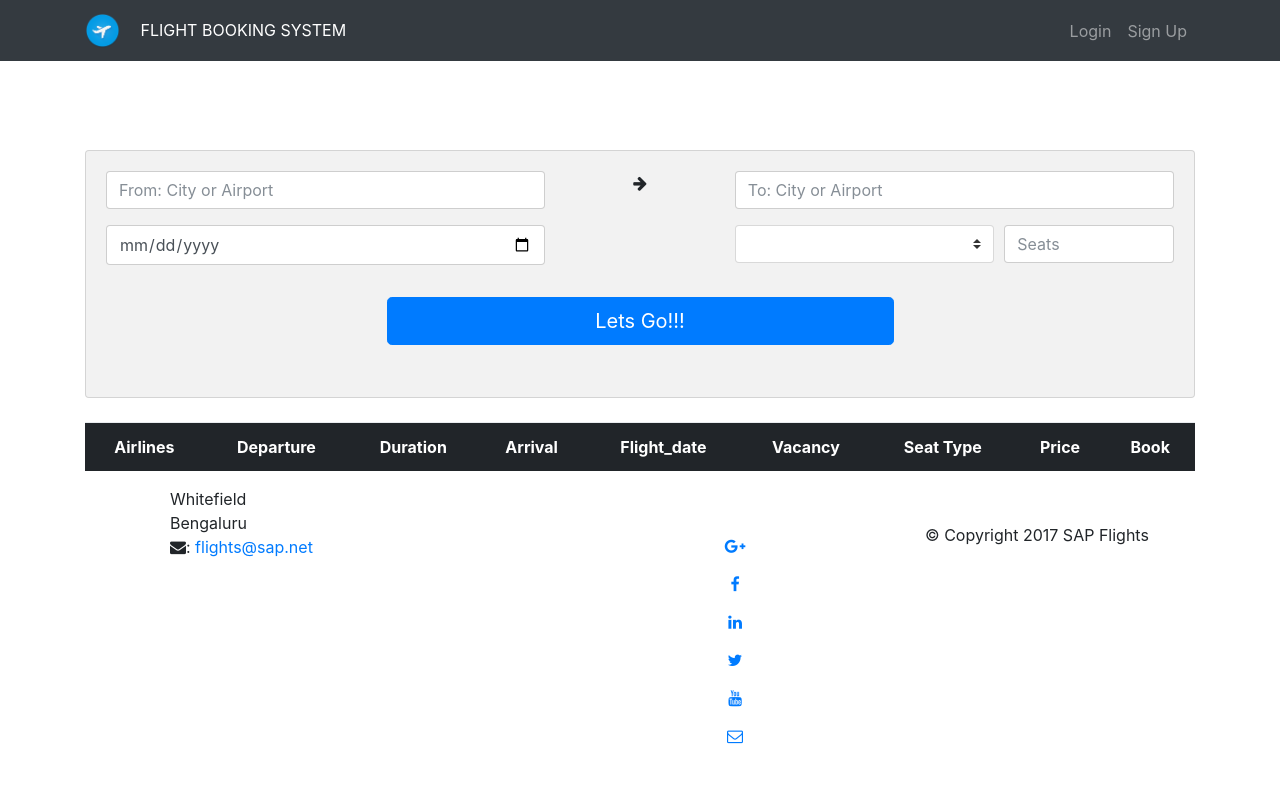
Repository: yashtatia/Spring-Practice
Page: http://localhost/FitnessTracker/WEB-INF/jsp/flightpage.jsp
These files come from the project's save history. The page is drawn as it stood at one moment and after the next save; the edit follows.
The browser window is 1280 px wide. The pictures show the whole page.
Some web libraries are served in a nearby version. The page is served by Tomcat 9. Nobody is signed in. The template is opened directly, without the code that normally fills it, so the values that code supplies are empty.

Above is the page before, as saved 2017-09-05 20:15:25.

After the next save:
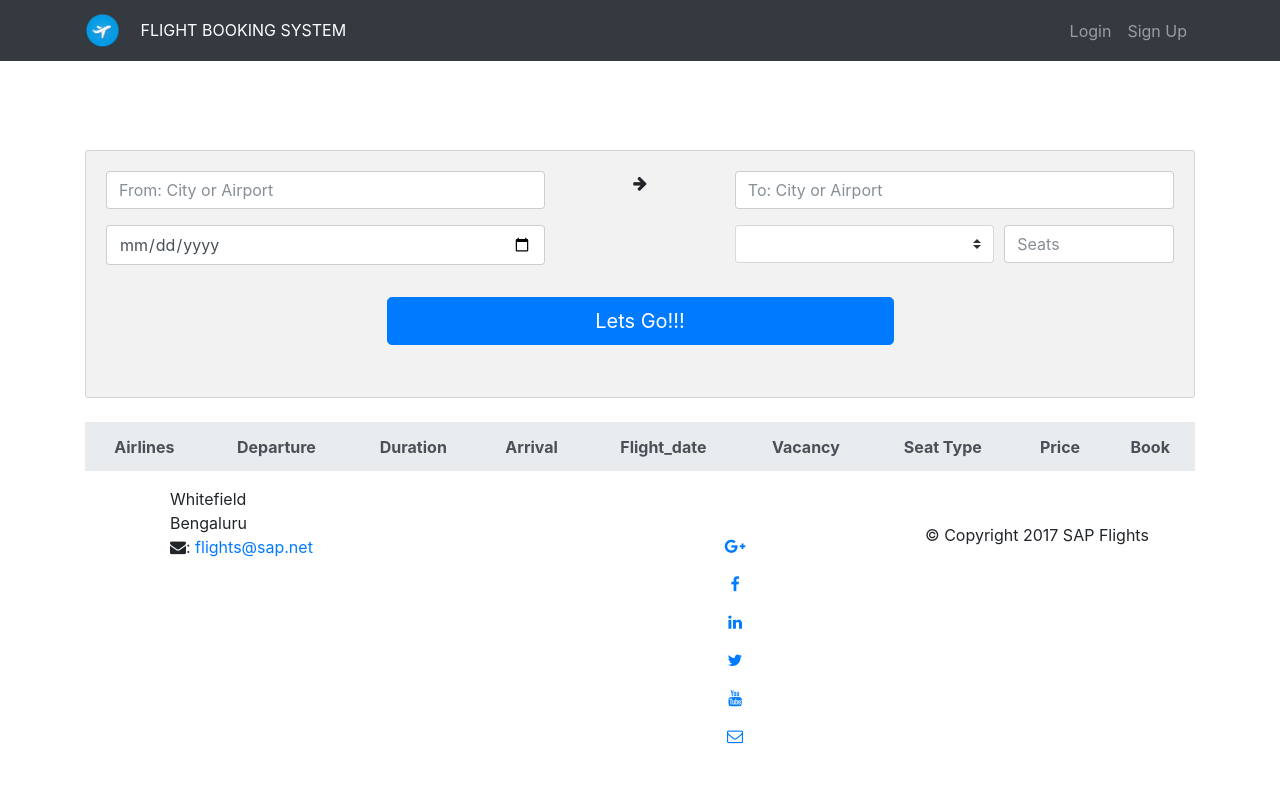
Saved 43 s later.
--- a/FitnessTracker/src/main/webapp/WEB-INF/jsp/flightpage.jsp
+++ b/FitnessTracker/src/main/webapp/WEB-INF/jsp/flightpage.jsp
@@ -64,7 +64,7 @@
 		<div class="row row-content">
 			<div class="col-lg-12 " >
 				<table class="table table-striped table-hover">
-					<tr class="thead-inverse">
+					<tr class="thead-default">
 						<th>Airlines</th>
 						<th>Departure</th>
 						<th>Duration</th>
